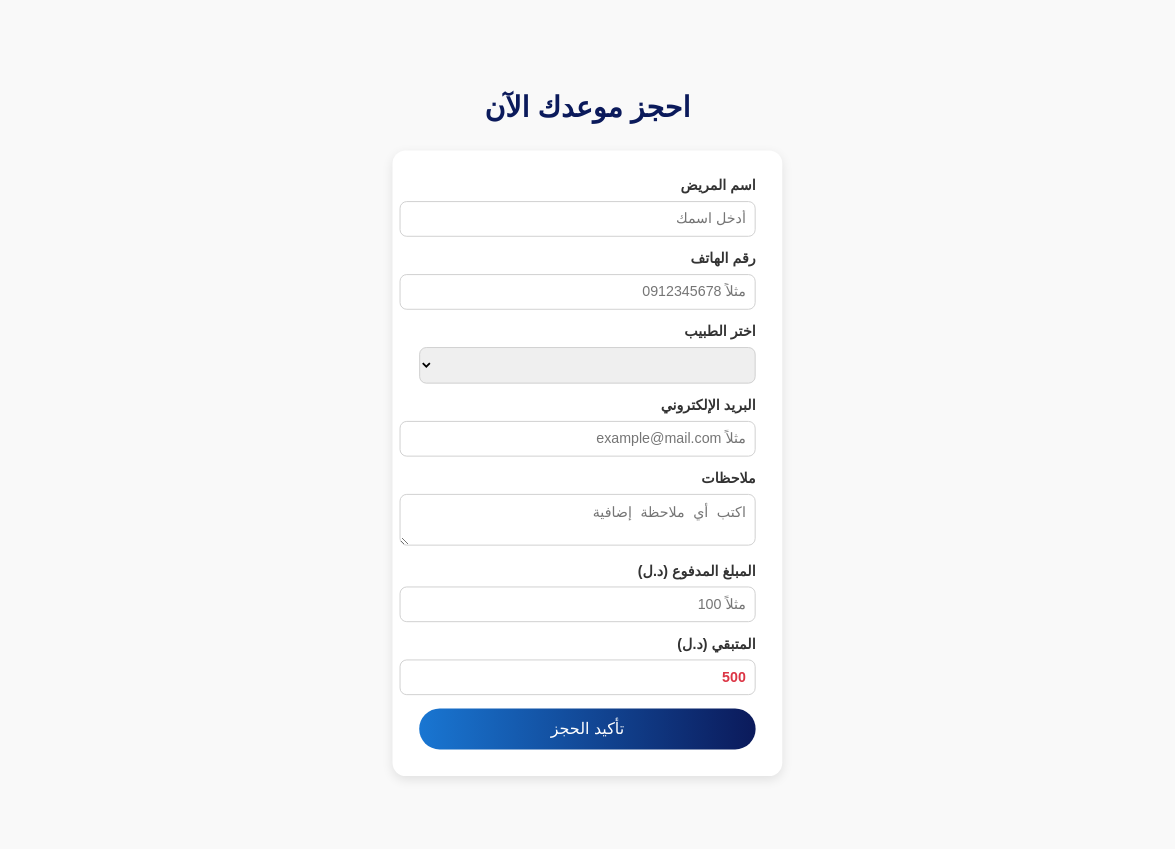
Repository: mysite4/s
Page: http://localhost/booking/
These files come from the project's save history. The page is drawn as it stood at one moment and after the next save; the edit follows.
The browser window is 1280 px wide. The page is 1320 px wide, so the pictures cover 1320 px, including what lies to the right of the window. The pictures show the whole page, at 89% of full size.
Some web fonts or font styles are not loaded; a fallback is used. The page is served by the project's application, run on Django 5.2 (manage.py). Queries for data that is not in the repository find no rows.

Above is the page before, as saved 2026-01-04 19:21:09.

After the next save:
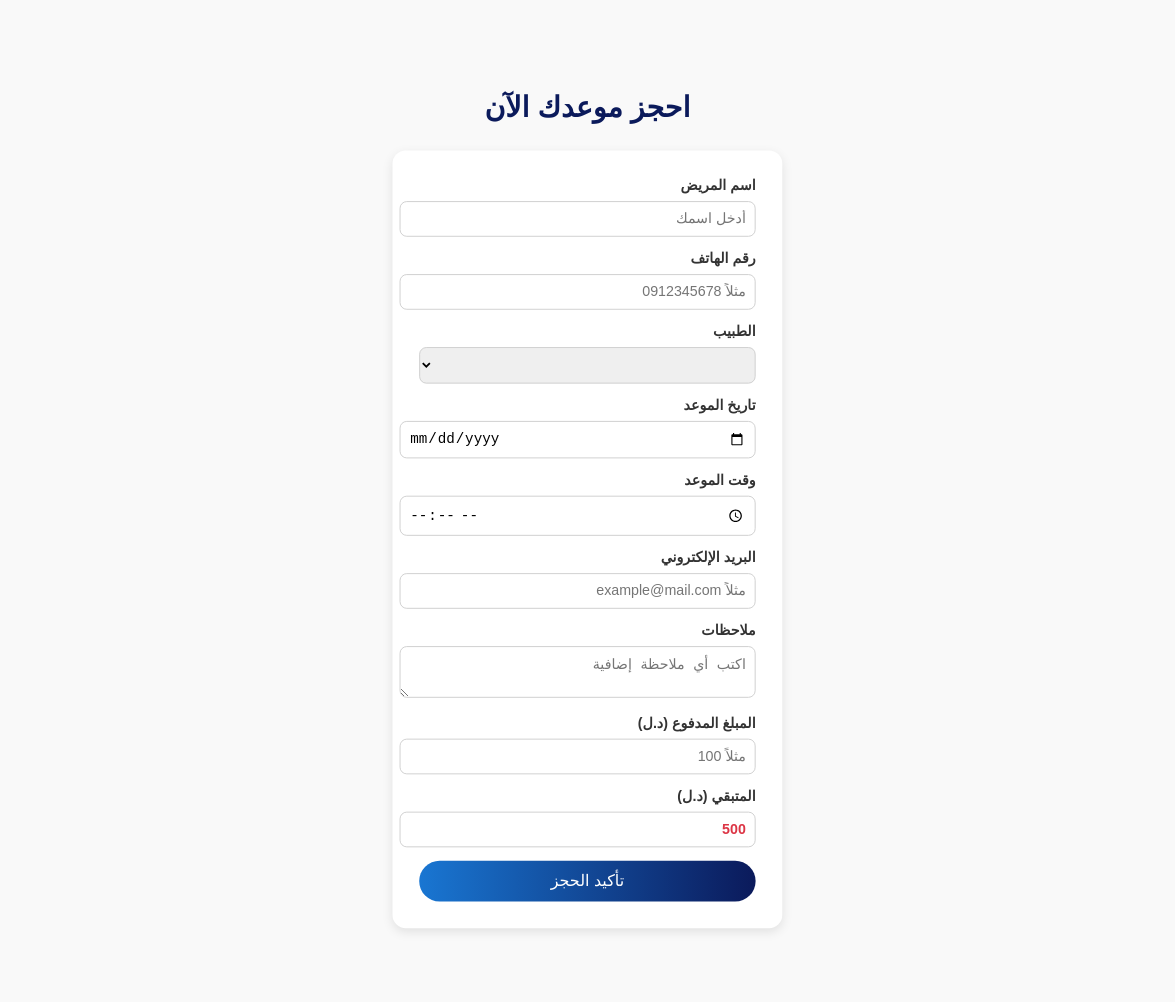
Saved 56 min 28 s later.
--- a/main/templates/booking.html
+++ b/main/templates/booking.html
@@ -75,13 +75,24 @@
     <!-- رقم الهاتف -->
     <label for="id_phone">رقم الهاتف</label>
     <input type="text" name="phone" id="id_phone" placeholder="مثلاً 0912345678" required>
-<!-- اختيار الطبيب -->
-<label for="id_doctor">اختر الطبيب</label>
+    <!-- اختيار الطبيب -->
+<label for="id_doctor">الطبيب</label>
 <select name="doctor" id="id_doctor" required>
   {% for doctor in doctors %}
-    <option value="{{ doctor.id }}">{{ doctor.name }} - {{ doctor.specialty }}</option>
+    <option value="{{ doctor.id }}">
+      {{ doctor.name }} - {{ doctor.specialty }}
+    </option>
   {% endfor %}
 </select>
+
+<!-- تاريخ الموعد -->
+<label for="id_date">تاريخ الموعد</label>
+<input type="date" name="date" id="id_date" required>
+
+<!-- وقت الموعد -->
+<label for="id_time">وقت الموعد</label>
+<input type="time" name="time" id="id_time" required>
+
 
     <!-- الإيميل -->
     <label for="id_email">البريد الإلكتروني</label>
